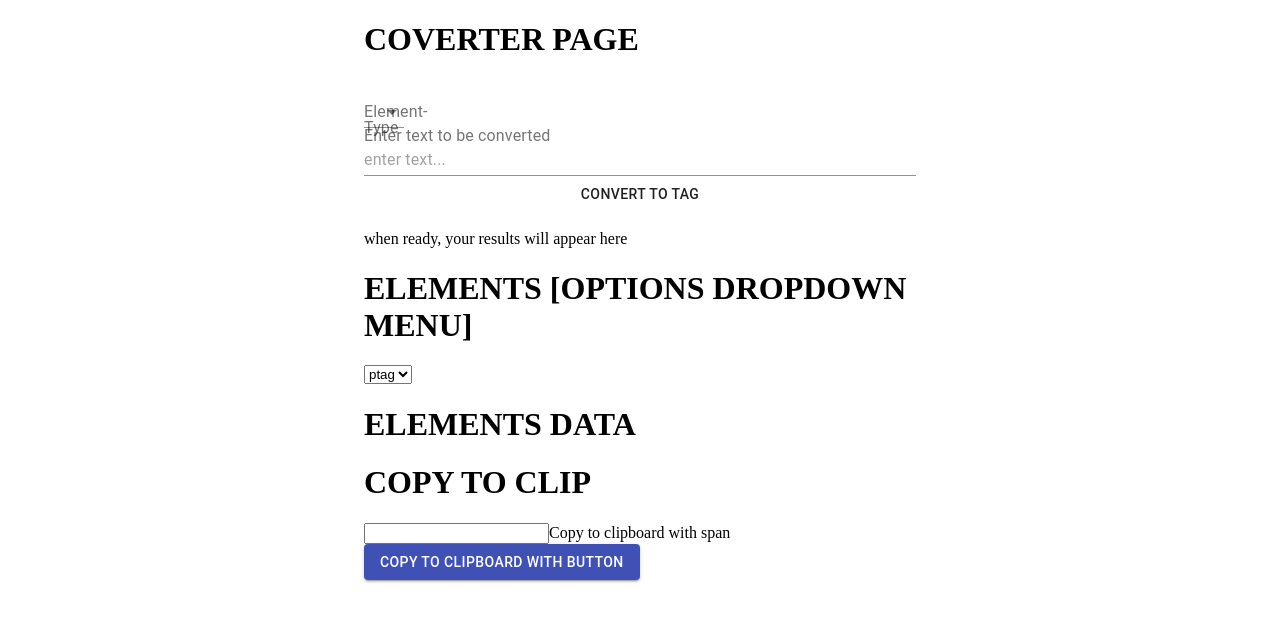
Repository: DevLuDaley/element-generator
Page: /
The author's editor kept a copy of each file at every save. The page is drawn from the files as they stood at one save, then again after the next save.
The browser window is 1280 px wide. The pictures show the whole page.
The project was rebuilt for these pictures with package versions that can differ from the ones it lists, and the page was loaded fresh each time. Also part of the build but not shown: webpack.config.js.

Above is the page before, as saved 2020-12-23 19:07:23.

After the next save:
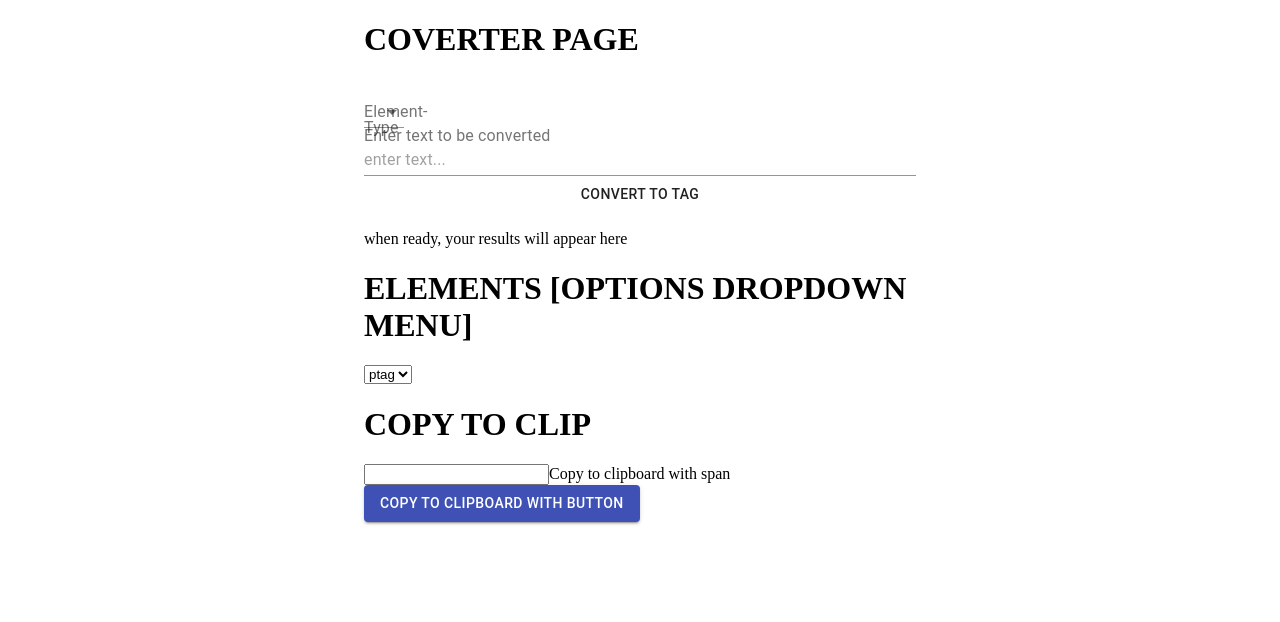
Saved 22 s later.
--- a/src/components/ConverterPage.js
+++ b/src/components/ConverterPage.js
@@ -1,6 +1,6 @@
 import React, { Fragment, useState, useEffect }from 'react'
 import Elements from '../components/Elements'
-import ElementsData from './ElementsData'
+// import ElementsData from './ElementsData'
 import elementsArray from './ElementsData'
 import {CopyToClipboard} from 'react-copy-to-clipboard';
 // import Button from '@material-ui/core/Button';
@@ -115,7 +115,7 @@ import CopyToClip from './CopyToClip'
         </div>
         {/* </Box> */}
         <Elements/>
-        <ElementsData/>
+        {/* <ElementsData/> */}
         <CopyToClip/>
         {/* </Box> */}
         </Container>
